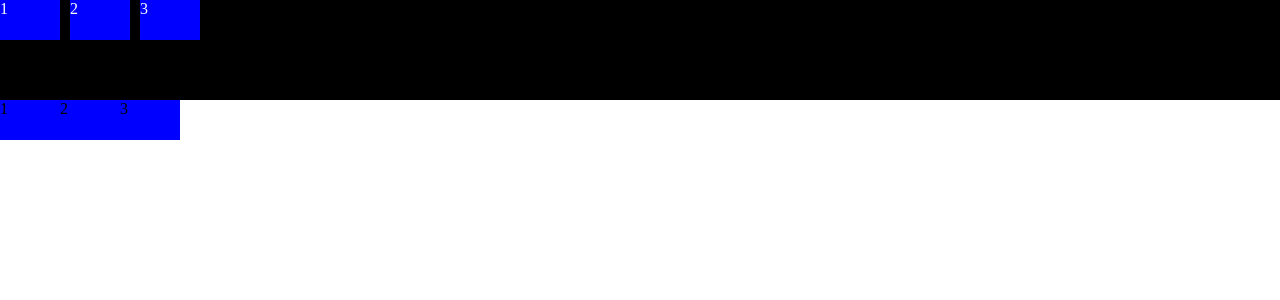
Repository: Elesion08/flexbox
Page: index.html
An editor plug-in stored every save of this project. The page is shown before and after a run of saves, followed by the edit.
The browser window is 1280 px wide. The pictures show the whole page.

Above is the page before, as saved 2025-04-14 10:00:20.

### index.html
<!DOCTYPE html>
<html lang="pt-br">
<head>
    <meta charset="UTF-8">
    <meta name="viewport" content="width=device-width, initial-scale=1.0">
    <title>Flexbox - AULA 04</title>
    <link rel="stylesheet" href="style.css">
</head>
<body>
    <div class="container">
        <div class="container__card1">
            <div class="box1">1</div>
            <div class="box1">2</div>
            <div class="box1">3</div>
        </div>
        <div class="container__card2">
            <div class="box2">1</div>
            <div class="box2">2</div>
            <div class="box2">3</div>
        </div>
    </div>
</body>
</html>

### style.css
* {
    margin: 0;
    padding: 0;
    height: 100vh;
    width: 100%;
}

.container__card1 {
    /*Deixar os itens flexiveis em suas posições*/
    display: flex;
    background-color: black;
    /*Distância entre os elementos filhos*/
    gap: 10px;
    height: 100px;
}

.box1 {
    color: white;
    background-color: blue;
    height: 40px;
    width: 60px;
}

.container__card2 {
    display: flex;
    background-color: white;
    height: 100px;
    justify-content: ;

}

.box2 {
    color: black;
    background-color: blue;
    height: 40px;
    width: 60px;
}

After the next 3 saves:
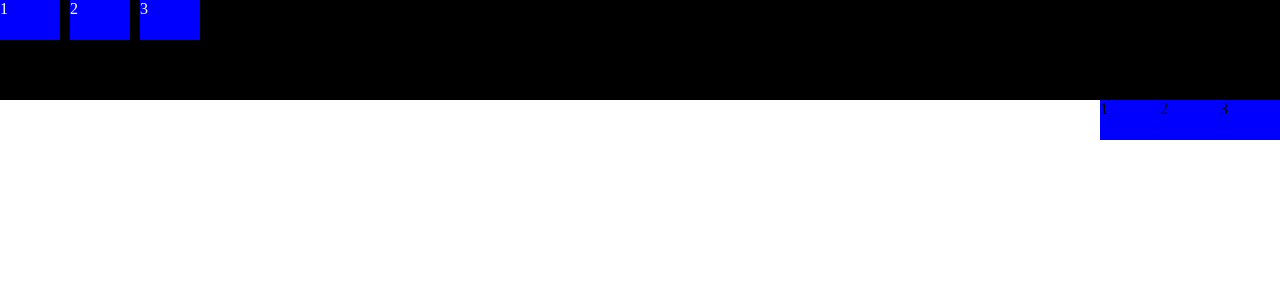
The 3 saves are shown as one change because they came seconds apart.
The last was saved 8 s later.
--- a/style.css
+++ b/style.css
@@ -25,7 +25,8 @@
     display: flex;
     background-color: white;
     height: 100px;
-    justify-content: ;
+    justify-content: flex-end;
+    gap: ;
 
 }
 
